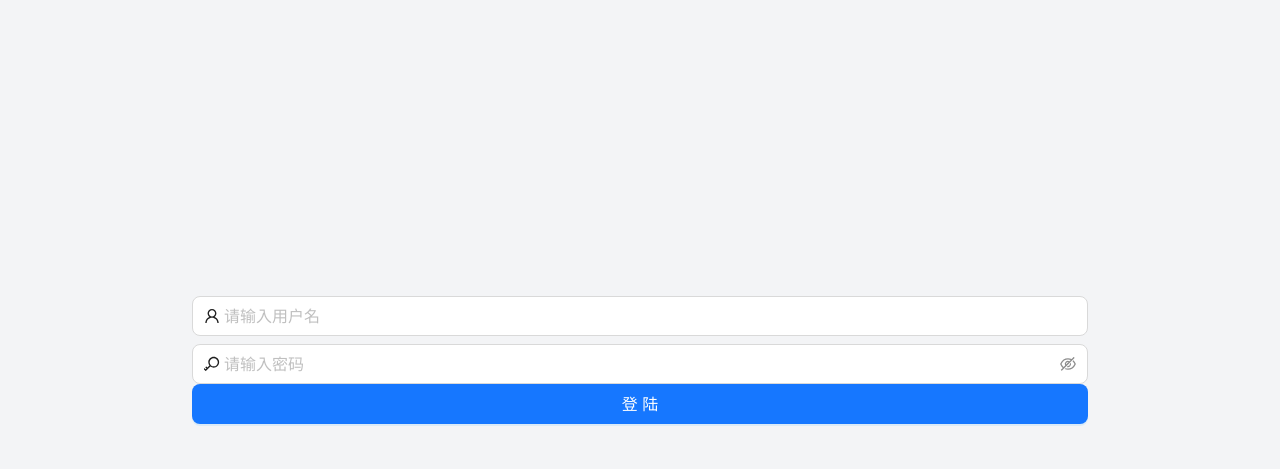
Repository: wujieli0207/tiny-flash-card
Page: /#/login
An editor plug-in stored every save of this project. The page is shown before and after the next save, followed by the edit.
The browser window is 1280 px wide. The pictures show the whole page.
The project was rebuilt for these pictures with package versions that can differ from the ones it lists, and the page was loaded fresh each time. Also part of the build but not shown: vite.config.ts.

Above is the page before, as saved 2023-06-11 18:28:31.

### index.html
<!DOCTYPE html>
<html lang="en">
  <head>
    <meta charset="UTF-8" />
    <link rel="icon" type="image/svg+xml" href="/vite.svg" />
    <meta name="viewport" content="width=device-width, initial-scale=1.0" />
    <title>tiny-flash-card</title>
  </head>
  <body>
    <div id="root"></div>
    <script type="module" src="/src/client/main.tsx"></script>
  </body>
</html>

### src/client/main.tsx
import { createRoot } from 'react-dom/client'
import App from './App'

import './styles/index.css'

// eslint-disable-next-line @typescript-eslint/no-non-null-assertion
const rootContainer = document.getElementById('root')!

createRoot(rootContainer).render(<App />)

### src/client/App.tsx
import { RouterProvider } from 'react-router-dom'
import { routes } from './route'

const APP = () => {
  return <RouterProvider router={routes} />
}

export default APP

### src/client/route.tsx
import { ComponentType, Suspense, lazy } from 'react'
import { createHashRouter, Outlet } from 'react-router-dom'

const lazyLoad = (
  compLoader: () => Promise<{ default: ComponentType<unknown> }>
) => {
  const Comp = lazy(compLoader)
  return (
    <Suspense fallback={<div>Loading...</div>}>
      <Comp />
    </Suspense>
  )
}

export const routes = createHashRouter([
  {
    path: '/',
    children: [
      // 登陆
      {
        path: '/login',
        element: lazyLoad(() => import('./pages/login.tsx')),
      },
    ],
    element: <Outlet />,
  },
])

### src/client/pages/login.tsx
import { useRef, useState } from 'react'
import { Input, Button } from 'antd'
import type { InputRef } from 'antd'
import { UserOutlined, KeyOutlined } from '@ant-design/icons'
import { PageTitle } from '@/client/components/PageTitle'
import { messageError } from '@/client/utils/message'

const Login = () => {
  // 用户名
  const [username, setUsername] = useState('')
  // 密码
  const [password, setPassword] = useState('')
  // 用户名输入框
  const usernameRef = useRef<InputRef>(null)
  // 密码输入框
  const passwordRef = useRef<InputRef>(null)

  const onSubmit = () => {
    if (!username) {
      messageError('请输入用户名')
      usernameRef.current?.focus()
      return
    }

    if (!password) {
      messageError('请输入密码')
      passwordRef.current?.focus()
      return
    }
  }

  return (
    <div className="h-screen w-screen bg-gray-100 flex flex-col justify-center items-center dark:text-gray-100">
      <PageTitle title="登陆" />

      <div className="w-[70%]">
        <Input
          value={username}
          ref={usernameRef}
          placeholder="请输入用户名"
          size="large"
          prefix={<UserOutlined />}
          className="mb-2"
          onChange={(e) => setUsername(e.target.value)}
          onKeyUp={(e) => {
            if (e.key === 'Enter') {
              passwordRef.current?.focus()
            }
          }}
        />
        <Input.Password
          value={password}
          ref={passwordRef}
          placeholder="请输入密码"
          size="large"
          prefix={<KeyOutlined />}
          onChange={(e) => setPassword(e.target.value)}
          onKeyUp={(e) => {
            if (e.key === 'Enter') {
              onSubmit()
            }
          }}
        />
        <Button type="primary" size="large" block onClick={onSubmit}>
          {' '}
          登 陆
        </Button>
      </div>
    </div>
  )
}

export default Login

### src/client/components/PageTitle.tsx
import { FC } from 'react'
import { Helmet } from 'react-helmet'

interface IProps {
  title: string
}

export const PageTitle: FC<IProps> = (props) => {
  return (
    <Helmet>
      <title>{props.title} - flash card</title>
    </Helmet>
  )
}

### src/client/utils/message.ts
import { App, message as antdMessage } from 'antd'
import { MessageInstance, NoticeType } from 'antd/es/message/interface'

let messageInstance: MessageInstance = antdMessage

export const useInitMessage = () => {
  const staticFunction = App.useApp()
  messageInstance = staticFunction.message
}

export const message = (type: NoticeType, content: string) => {
  return messageInstance.open({ type, content })
}

export const messageSuccess = (content: string) => {
  return messageInstance.success(content)
}

export const messageError = (content: string) => {
  return messageInstance.error(content)
}

export const messageWarning = (content: string) => {
  return messageInstance.warning(content)
}

export const messageInfo = (content: string) => {
  return messageInstance.info(content)
}

### tailwind.config.js
/* eslint-disable no-undef */
/** @type {import('tailwindcss').Config} */
export default {
  darkMode: ['class', '[data-theme="dark"]'],
  content: ['./src/**/*.{js,jsx,ts,tsx,html}'],
  theme: {
    extend: {},
  },
  plugins: [require('@tailwindcss/typography')],
}

Loaded but not shown: src/client/styles/index.css (common file)

After the next save:
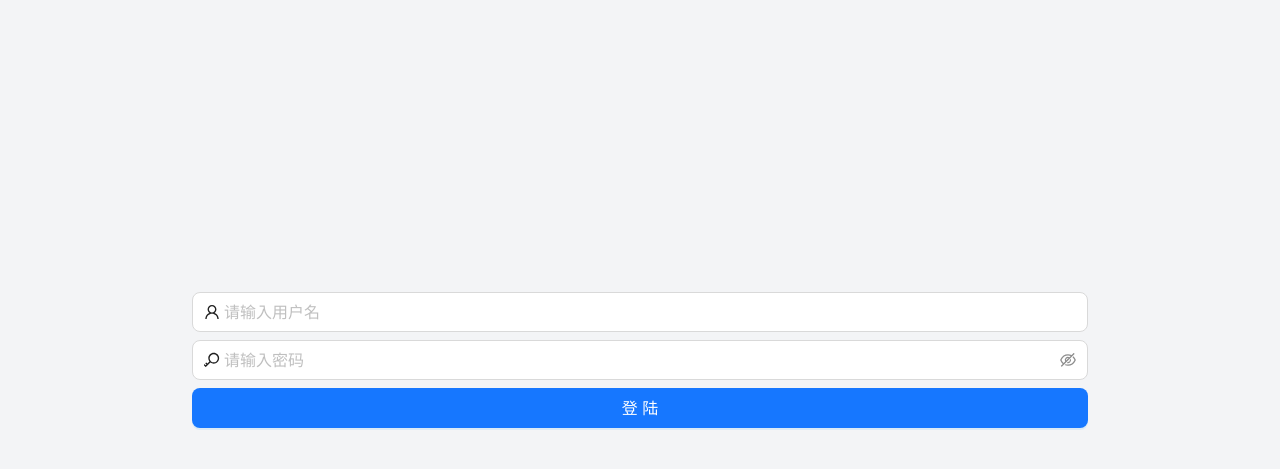
Saved 4 s later.
--- a/src/client/pages/login.tsx
+++ b/src/client/pages/login.tsx
@@ -54,6 +54,7 @@ const Login = () => {
           placeholder="请输入密码"
           size="large"
           prefix={<KeyOutlined />}
+          className="mb-2"
           onChange={(e) => setPassword(e.target.value)}
           onKeyUp={(e) => {
             if (e.key === 'Enter') {
